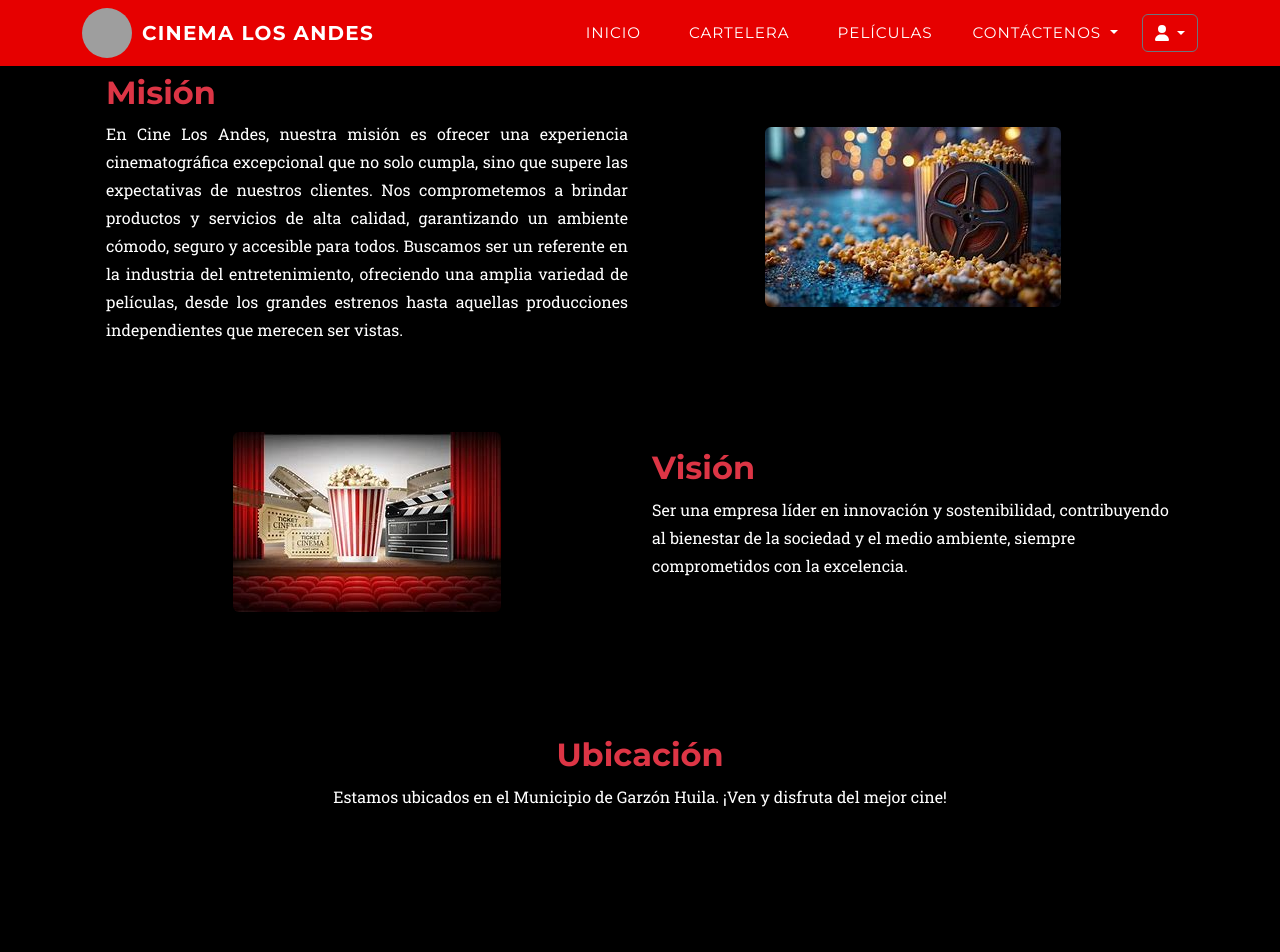
Repository: FelipeADSO/PROYECTO-SENA-FINAL
Page: cinema/templates/somos.html
An editor plug-in stored every save of this project. The page is shown before and after the next save, followed by the edit.
The browser window is 1280 px wide. The pictures show the part of the page from y = 0 to 952 px (the page is 1487 px tall).
Pictures or frames that could not be fetched are drawn as grey boxes. Some web libraries are served in a nearby version. The template is drawn by Django 5.2. The application's start-up code is not run. The template is opened directly, without the code that normally fills it, so the values that code supplies are empty.

Above is the page before, as saved 2025-03-06 08:54:29.

After the next save:
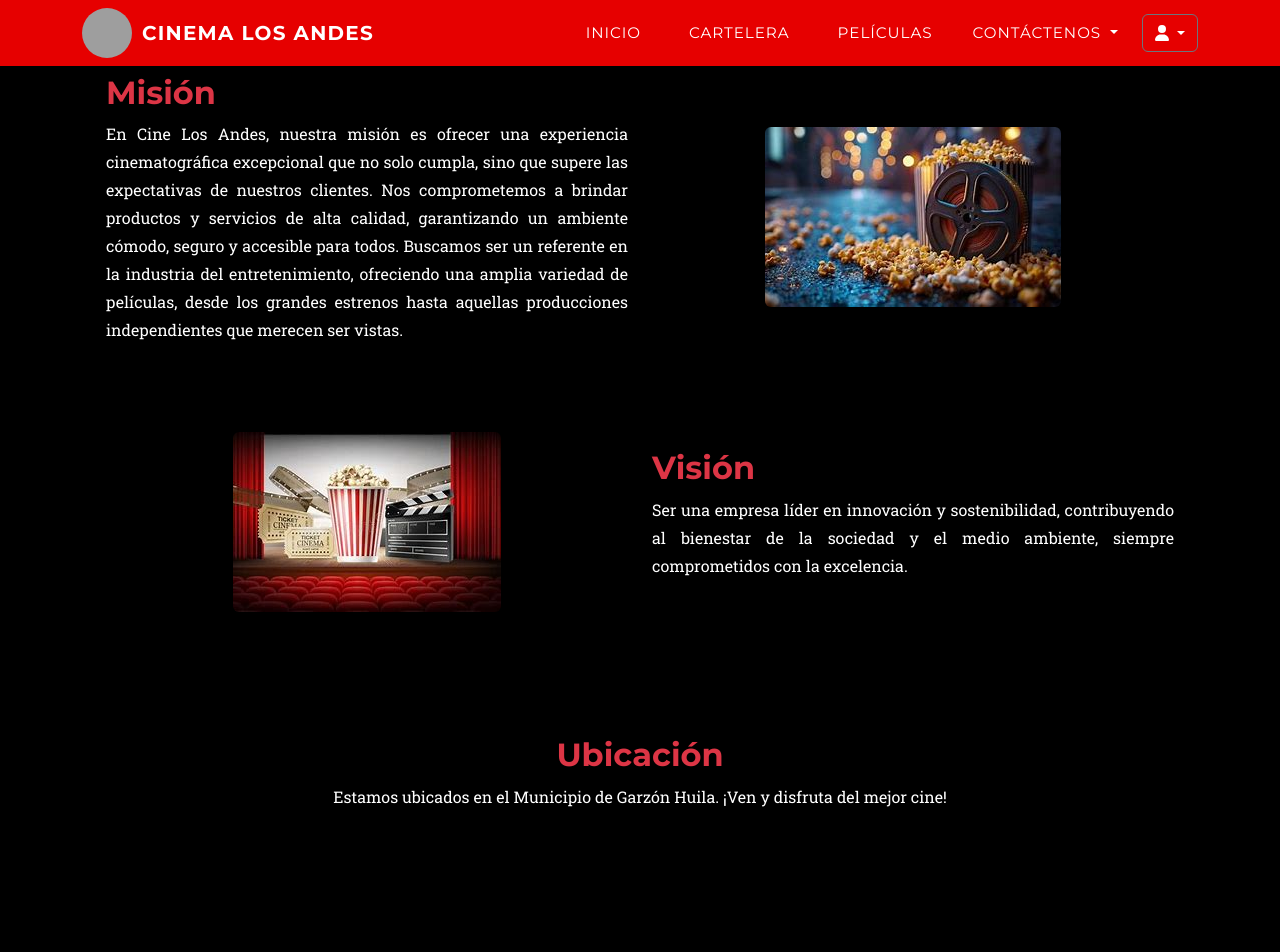
Saved 5 s later.
--- a/cinema/templates/somos.html
+++ b/cinema/templates/somos.html
@@ -67,7 +67,7 @@
                         <div class="row align-items-center flex-md-row-reverse">
                             <div class="col-md-6">
                                 <h2 class="text-danger">Visión</h2>
-                                <p class="">
+                                <p class="justificar">
                                     Ser una empresa líder en innovación y sostenibilidad, contribuyendo al bienestar de la sociedad y el medio ambiente,
                                     siempre comprometidos con la excelencia.
                                 </p>
